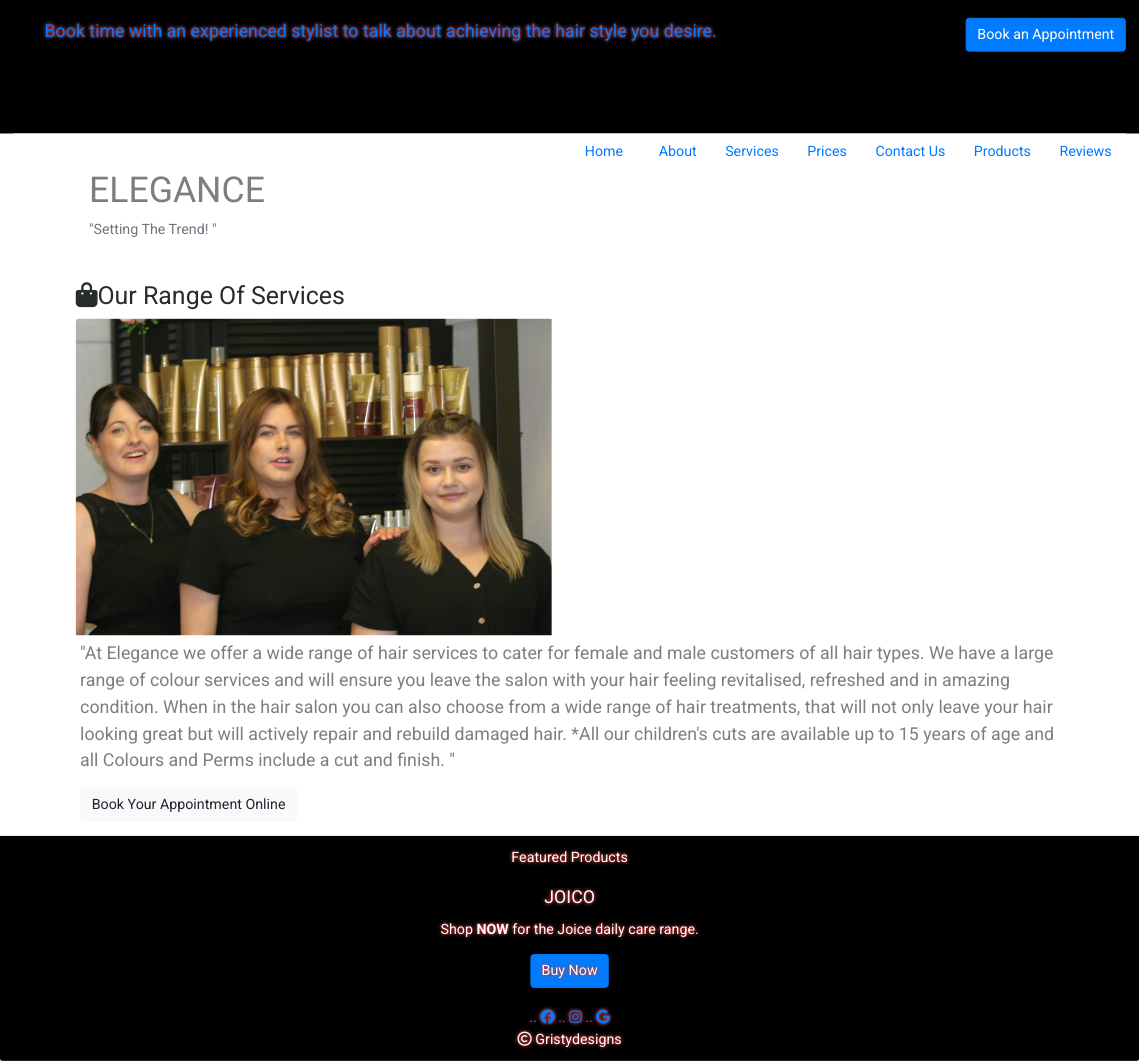
Repository: Gristydesigns/elegance-salon
Page: services.html
The author's editor kept a record of every edit. The page is drawn from the files as they stood at one moment, then again after the next edit.
The browser window is 1280 px wide. The pictures show the whole page, at 89% of full size.
Some web libraries are served in a nearby version.

Above is the page before.
Console error: TypeError: Cannot read properties of undefined (reading 'fn')

### services.html
<!--services page------------------------->
<!DOCTYPE html>
<html lang="en">
<!--Head------------------------->

<head>
    <meta charset="UTF-8">
    <meta name="viewport" content="width=device-width, initial-scale=1.0">
    <meta http-equiv="X-UA-Compatible" content="ie=edge">
    <link rel="stylesheet" href="https://stackpath.bootstrapcdn.com/bootstrap/4.3.1/css/bootstrap.min.css" integrity="sha384-ggOyR0iXCbMQv3Xipma34MD+dH/1fQ784/j6cY/iJTQUOhcWr7x9JvoRxT2MZw1T" crossorigin="anonymous">
    <script src="https://stackpath.bootstrapcdn.com/bootstrap/4.3.1/js/bootstrap.min.js" integrity="sha384-JjSmVgyd0p3pXB1rRibZUAYoIIy6OrQ6VrjIEaFf/nJGzIxFDsf4x0xIM+B07jRM" crossorigin="anonymous"></script>
    <link href="https://fonts.googleapis.com/css?family=Roboto:400,700&display=swap" rel="stylesheet">
    <script src="https://kit.fontawesome.com/d13d47f9ca.js"></script>
    <link rel="stylesheet" href="assets/css/style.css" type="text/css" />
    <title>Elegance Hair Salon Ledbury</title>
</head>
<!--End------------------------->

<body>
    <header>
        <!--callout--------------->
        <section class="container-fluid call-to-action">
            <div class="row">
                <div class="col-12 ">
                    <button class="btn-spinner-grow btn-spinner-grow-sm btn btn-primary btn-md float-right role=" button " >Book an Appointment<a href="https://onlinebooking-new.totalsalon.net/?salon=Elegance"</a></button>
                <p class="lead ">Book time with an experienced stylist  to talk about achieving the hair style you desire.</p>
                </div>
            </div>
        </section>
        <!--End------------------------->
        <!--Nav Bar--------------------->
        <section class="container-nav nav-bar ">
            <div class="col-12 ">
                    <div class="nav navbar-light bg-light navbar-expand-sm nav-position left>
                    <a href=" # " class="navbar-salon "></a>
                    <button class="navbar-toggler mr-auto " type="button " data-toggle="collapse " data-target="#navbarNavDropdown " aria-controls="navbarNavDropdown " aria-expanded="false " aria-label="Toggle navigation ">
                                <span class="navbar-toggler-icon "></span></button>
                    <div class="collapse navbar-collapse " id="navbarNavDropdown ">

                        <ul class="nav nav-pills ml-auto ">
                            <li class="active nav-item mr-2 "><a class="nav-link Home " href="index.html ">Home</a></li>
                                <li class="nav-item "><a class="nav-link About " href="about.html ">About</a></li>
                                    <li class="nav-item "><a class="nav-link Services " href="services.html ">Services</a></li>
                                        <li class="nav-item "><a class="nav-link Prices " href="prices.html ">Prices</a></li>
                                            <li class="nav-item "><a class="nav-link Contact us " href="contact.html ">Contact Us</a></li>
                                                <li class="nav-item "><a class="nav-link Products " href="products.html ">Products</a></li>
                                                    <li class="nav-item "><a class="nav-link Reviews " href="reviews.html ">Reviews</a></li>
                        </ul>
                    </div>
                </div>
            </div>
            </div>
            </div>
            </div>
            <!--logo------------------------->
            <section class="container logo ">
                <div class=" col-12 col-md-4 ">
                    <h1>ELEGANCE</h1>
                    <p class="text-muted ">
                        <medium>"Setting The Trend! "</medium>
                    </p>
                </div>
                </div>
            </section>
            <!--End------------------------->


    </header>
    <!--End------------------------------>
    <!--feature space---------------------->
    <section class="headliners ">
        <div class="container headliner ">
            <!--feature article 1---------------------->
            <div class="row ">
                <div class="col-12 ">
                    <h3 class="text "><i class="fas fa-shopping-bag "></i>Our Range Of Services </h3>
                    <div class="media-team ">
                        <img src="image/team.JPG " class="img-fluid rounded " alt="Responsive image elegance salon  hair image">
                    </div>
                    <blockquote class="blockquote ">
                        <p>"At Elegance we offer a wide range of hair services to cater for female and male customers of all hair types. We have a large range of colour services and will ensure you leave the salon with your hair feeling revitalised, refreshed
                            and in amazing condition. When in the hair salon you can also choose from a wide range of hair treatments, that will not only leave your hair looking great but will actively repair and rebuild damaged hair. *All our children's
                            cuts are available up to 15 years of age and all Colours and Perms include a cut and finish. "</p>
                        <p><a class="btn btn-md btn-light " href="https://onlinebooking-new.totalsalon.net/?salon=Elegance">Book Your Appointment Online</a></p>
                </div>
                </blockquote>
            </div>
        </div>
        </div>
        </div>
        </div>
        </div>
        </div>
    </section>
    <!--End------------------------->
    <!--footer---------------------->
    <footer>
        <section class="card-footer ">
            <div class="container-fluid footer ">
                Featured Products
            </div>
            <div class="card-body ">
                <h5 class="card-title ">JOICO</h5>
                <p class="card-text ">Shop <strong>NOW</strong> for the Joice daily care range.</p>
                <a href="https://my-salon.shop/?salonname=Elegance&salonlocation=Ledbury " class="btn btn-primary ">Buy Now</a>
            </div>
            <div class="card">
                <div class "row  ">
                    <div class="col-12 ">
                        <a href="https://www.facebook.com/EleganceLedbury/">..
            <i class="fab fa-facebook"></i></a>
                        <a href="https://www.instagram.com/eleganceledbury/">..
            <i class="fab fa-instagram "></i></a>
                        <a href="https://elegance-hair-salon-hair-salon.business.site">..
            <i class=" fab fa-google"></i></a>
                    </div>
                </div>
            </div>
            <div class "row ">
                <div class="col-12 ">
                    <i class="far fa-copyright " 2019 Gristydesigns ">
                        </i>
                        Gristydesigns
                    </div>
                </div>
        </section>
        </footer>
        <script src="https://stackpath.bootstrapcdn.com/bootstrap/4.3.1/js/bootstrap.min.js " integrity="sha384-JjSmVgyd0p3pXB1rRibZUAYoIIy6OrQ6VrjIEaFf/nJGzIxFDsf4x0xIM+B07jRM " crossorigin="anonymous "></script>
        <script src="https://code.jquery.com/jquery-3.3.1.slim.min.js " integrity="sha384-q8i/X+965DzO0rT7abK41JStQIAqVgRVzpbzo5smXKp4YfRvH+8abtTE1Pi6jizo " crossorigin="anonymous "></script>
        <script src="https://cdnjs.cloudflare.com/ajax/libs/popper.js/1.14.7/umd/popper.min.js " integrity="sha384-UO2eT0CpHqdSJQ6hJty5KVphtPhzWj9WO1clHTMGa3JDZwrnQq4sF86dIHNDz0W1 " crossorigin="anonymous "></script>
</body>

</html>
<!--End------------------------->

### assets/css/style.css
@import url('https://fonts.googleapis.com/css?family=Roboto&display=swap 100,200,300,400,500,600,700|Exo 100,200,300,400,500,600,700');
/*---------------------------------colors */

body {
   font-family: 'Roboto', sans-serif;
   margin-left: 0;
  margin-right: 0;
  -webkit-background-size: cover;
  -moz-background-size: cover;
  -o-background-size: cover;
  background-size: cover;

}
/*---------------------------------call out */

.call-to-action {
    height:150px;
    width: 100%;
    background-color: black;
    font-size:20px;
    font-weight: 600px;
    color: #fff;
    text-align: left;
    padding-left:50px;
    padding-top: 20px;
    bottom:5px;
    text-shadow: 0 0 3px #FF0000, 0 0 5px #7e7e7e
   }

   .button {
       padding-top:5;
       padding-bottom:20px;
       padding-left: 5px;
      }
/*---------------------------------nav-container */
.navbar-collapse {
 background-color: #fff;
 padding-left:10px;
 }

/*---------------------------------Logo */
.logo {
    color:#7e7e7e;
    font-weight: 900px;
    text-shadow: 2px 2px 4px #25292A
    justify-content: left;
    padding-bottom: 30px;
    }
 /*---------------------------------headliner */
 .headliner {
     color:#272B2B;
     justify-content: center;
 }
 .blockquote {
     padding-left: 5px;
     padding-right: 5px;
     color: #7e7e7e;
     flex: nowrap;

 }
  /*---------------------------------feature space */
.media {
    height: 325px;
    flex: nowrap;
    width: 325px;
    text-align: right;
    float: left;
 }

.img-fluid {
    max-width: 50%;
    height: auto;
    padding-bottom: 5px;
    padding-right: 20px;

}

   /*---------------------------------Footer */
.card-footer {
    text-align: center;
    background-color: black;
    border-top: 1px solid rgba(0,0,0,.125);
    color: #fff;
    text-shadow: 0 0 3px #FF0000, 0 0 5px #7e7e7e

}
 .card-header {
    background-color:#7e7e7e;
    color:black;
   display: -moz-inline;
}

 .prices {
 color: #7e7e7e;
 background:black;
 padding-bottom: 30px;
 margin: 5px;
}
 /*---------------------------------contact card */
.contact-card {

   padding-bottom: 70px;
   color:#7e7e7e
   margin-bottom:100px;

}

.card {
    background-color: black;
    color:#7e7e7e;
    border-radius: .25rem;
    padding: 0;
}

.carousel-caption{
    color:black;
    text-shadow: 0 0 3px #FF0000, 0 0 5px #7e7e7e
}

After the next edit:
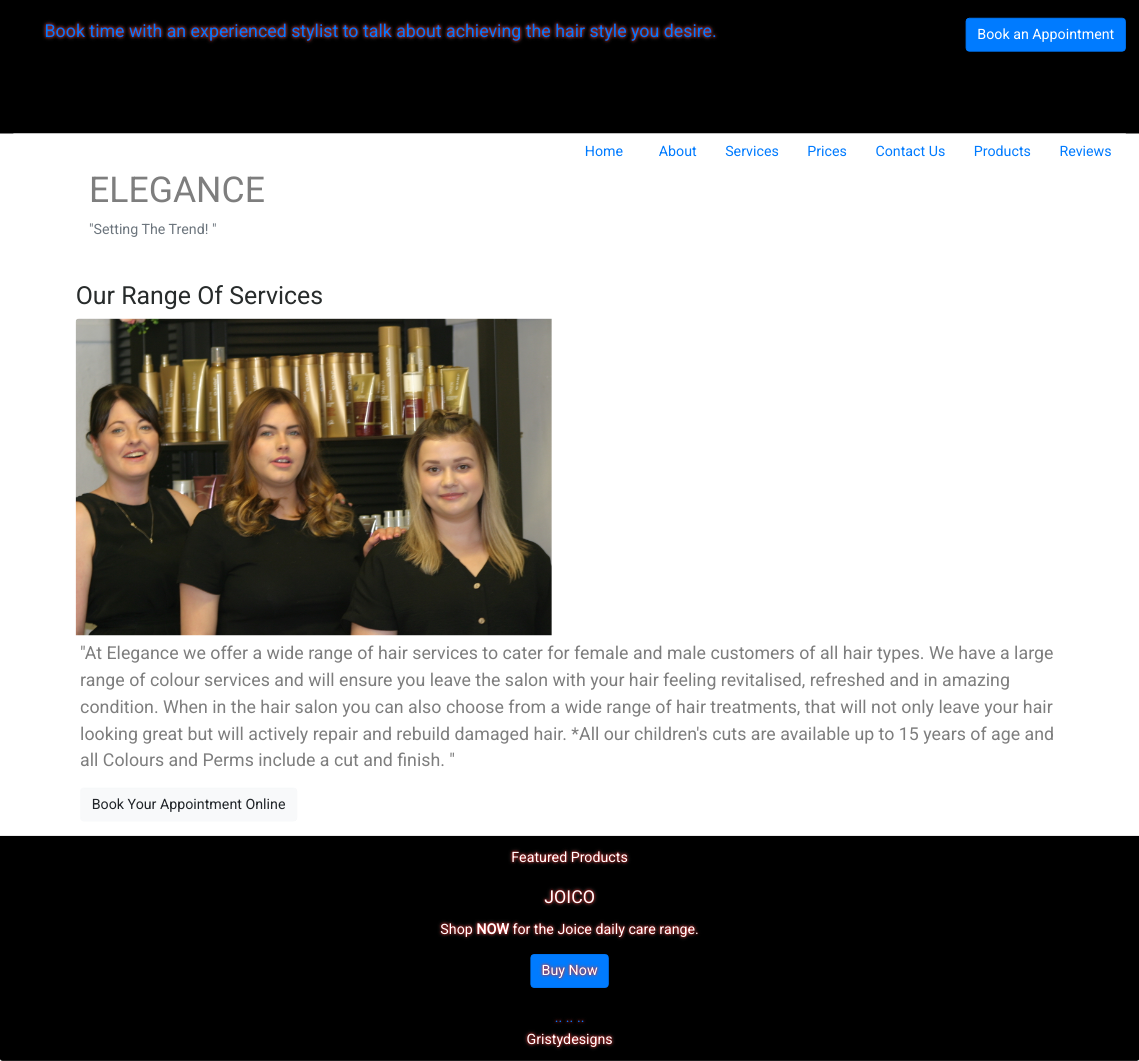
The edit:
--- a/services.html
+++ b/services.html
@@ -7,10 +7,8 @@
     <meta charset="UTF-8">
     <meta name="viewport" content="width=device-width, initial-scale=1.0">
     <meta http-equiv="X-UA-Compatible" content="ie=edge">
+    <meta name="format-detection" content="telephone=no">
     <link rel="stylesheet" href="https://stackpath.bootstrapcdn.com/bootstrap/4.3.1/css/bootstrap.min.css" integrity="sha384-ggOyR0iXCbMQv3Xipma34MD+dH/1fQ784/j6cY/iJTQUOhcWr7x9JvoRxT2MZw1T" crossorigin="anonymous">
-    <script src="https://stackpath.bootstrapcdn.com/bootstrap/4.3.1/js/bootstrap.min.js" integrity="sha384-JjSmVgyd0p3pXB1rRibZUAYoIIy6OrQ6VrjIEaFf/nJGzIxFDsf4x0xIM+B07jRM" crossorigin="anonymous"></script>
-    <link href="https://fonts.googleapis.com/css?family=Roboto:400,700&display=swap" rel="stylesheet">
-    <script src="https://kit.fontawesome.com/d13d47f9ca.js"></script>
     <link rel="stylesheet" href="assets/css/style.css" type="text/css" />
     <title>Elegance Hair Salon Ledbury</title>
 </head>
